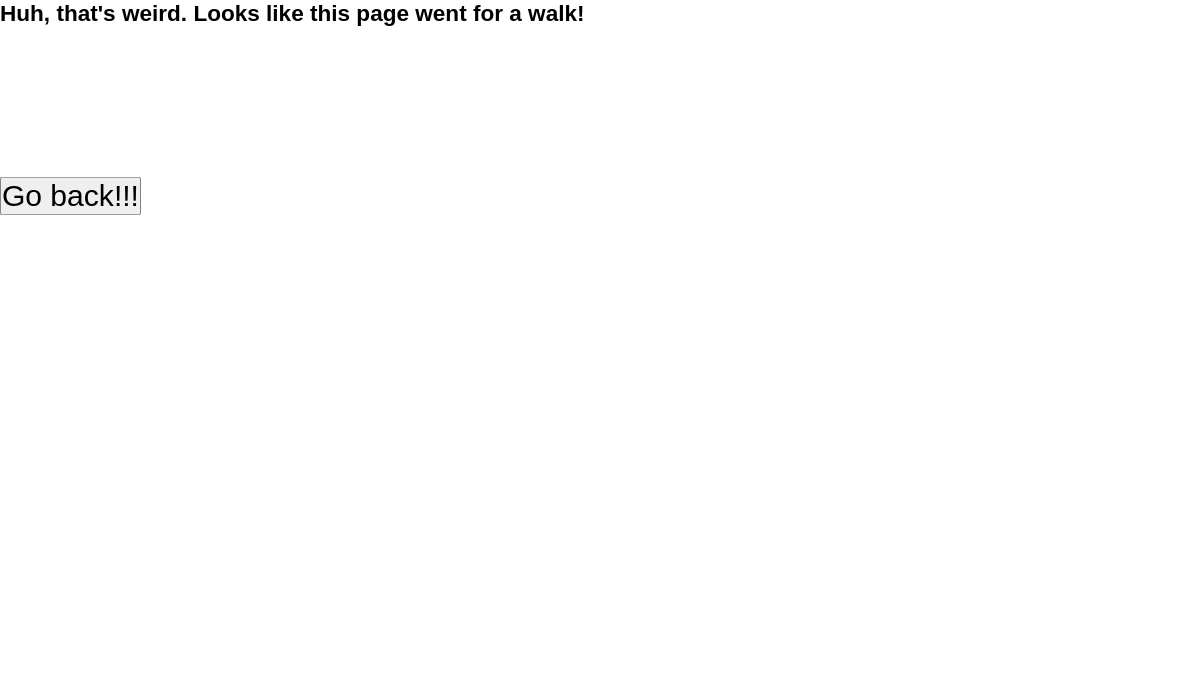
Repository: TeeJaysDev/Portfolio
Page: 404.html
The author's editor kept a copy of each file at every save. The page is drawn from the files as they stood at one save, then again after the next save.
The browser window is 1280 px wide. The pictures show the whole page, at 94% of full size.

Above is the page before, as saved 2021-06-11 23:14:02.

### 404.html
<!DOCTYPE html>
<html lang="en">
<head>
    <meta charset="UTF-8">
    <meta http-equiv="X-UA-Compatible" content="IE=edge">
    <meta name="viewport" content="width=device-width, initial-scale=1.0">
    <script type="text/javascript" src="script.js"></script>
    <link rel="stylesheet" href="404.css">
    <link rel="preconnect" href="https://fonts.gstatic.com">
    <link href="https://fonts.googleapis.com/css2?family=Raleway&display=swap" rel="stylesheet">
    <title>Tymon Jędryczka | Portfolio</title>
</head>
<body>
    <section class="error">
        <h1>
            Huh, that's weird. Looks like this page went for a walk!
        </h1>
        <button>
            <a href="index.html">Go back!!!</a>
        </button>
    </section>
</body>
</html>

### 404.css
* {
    margin: 0;
    padding: 0;
    box-sizing: border-box;
    font-family: sans-serif;
    text-decoration: none;
    list-style: none;
}

body {
    display: inline-flex;
}

.error p {
    font-family: "Comic Sans";
    font-weight: 700;
    color: #000000;
    font-size: 20rem;
    margin-top: 5rem;
}

.error button a {
    text-decoration: none;
    text-align: center;
    color: #000000;
    font-size: 2rem;
}

.error .mainError {
    display: flex;
    text-align: center;
    margin-left: 40rem;
    margin-right: auto;
}

.error img {
    margin-left: -35rem;
    margin-top: 3rem;
}

.error button {
    margin-top: 10rem;
    overflow-y: hidden;
}

Loaded but not shown: script.js (no stored copy; drawn as an empty file)

After the next save:
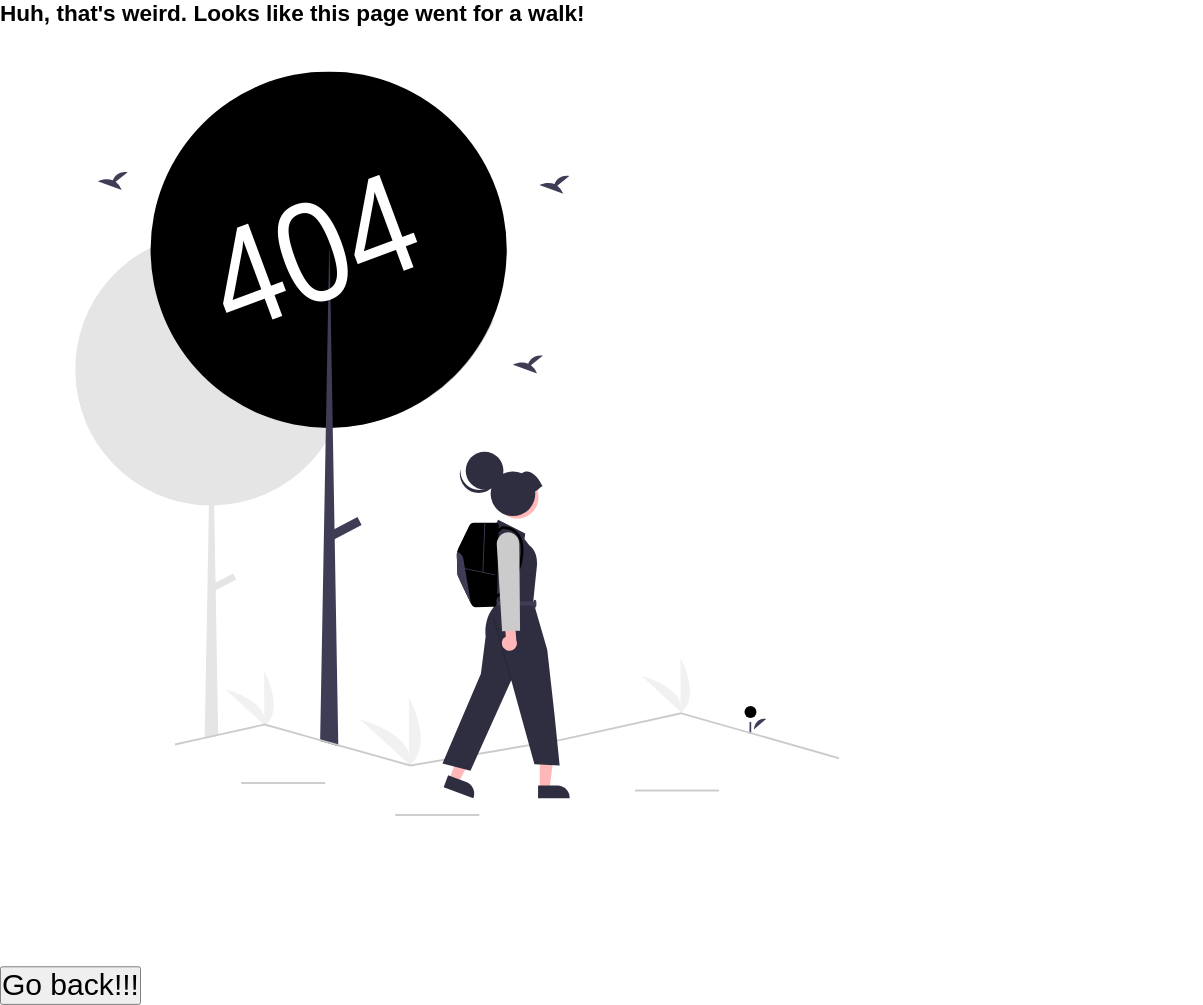
Saved 4 s later.
--- a/404.html
+++ b/404.html
@@ -15,6 +15,9 @@
         <h1>
             Huh, that's weird. Looks like this page went for a walk!
         </h1>
+        <div class="mainError">
+            <img src="Images/svg/hiking.svg">
+        </div>
         <button>
             <a href="index.html">Go back!!!</a>
         </button>
